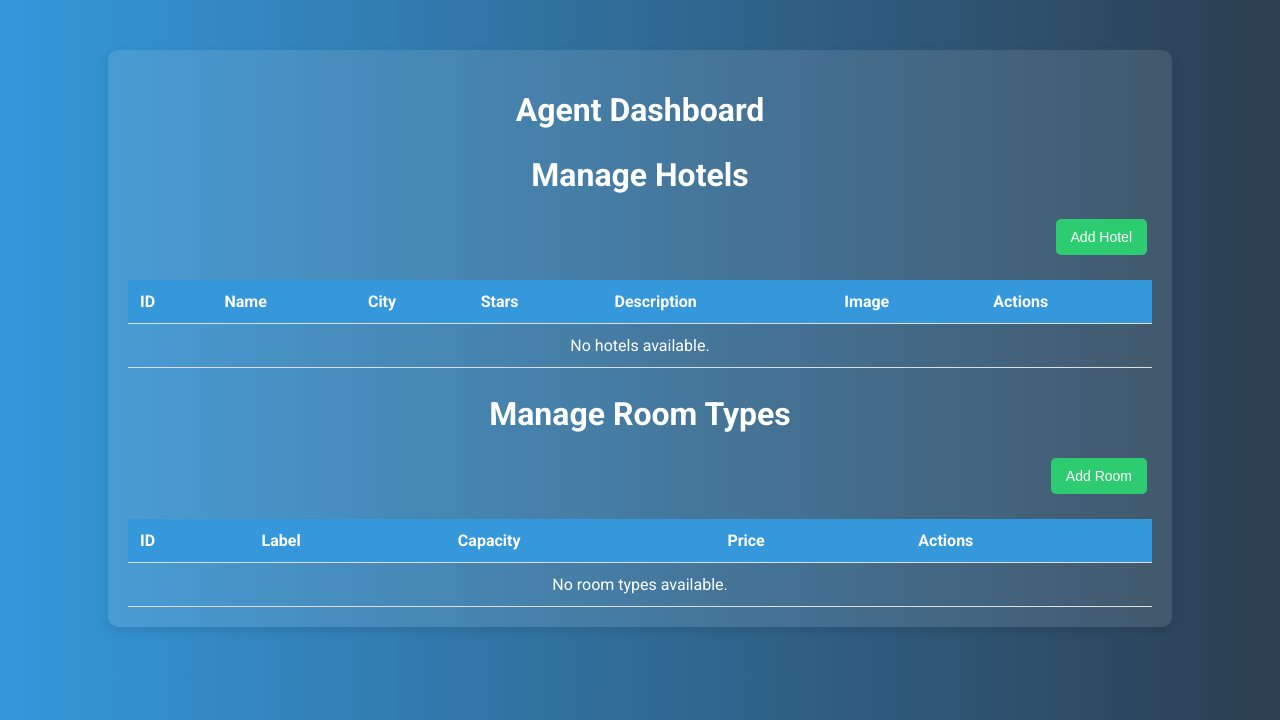
Repository: ToumiFourat/HotelManagementt
Page: http://localhost/Hotell/views/agent_dashboard.jsp
The author's editor kept a copy of each file at every save. The page is drawn from the files as they stood at one save, then again after the next save.
The browser window is 1280 px wide. The pictures show the whole page.
The page is served by Tomcat 10. The template is opened directly, without the code that normally fills it, so the values that code supplies are empty.

Above is the page before, as saved 2024-12-16 15:00:18.

After the next save:
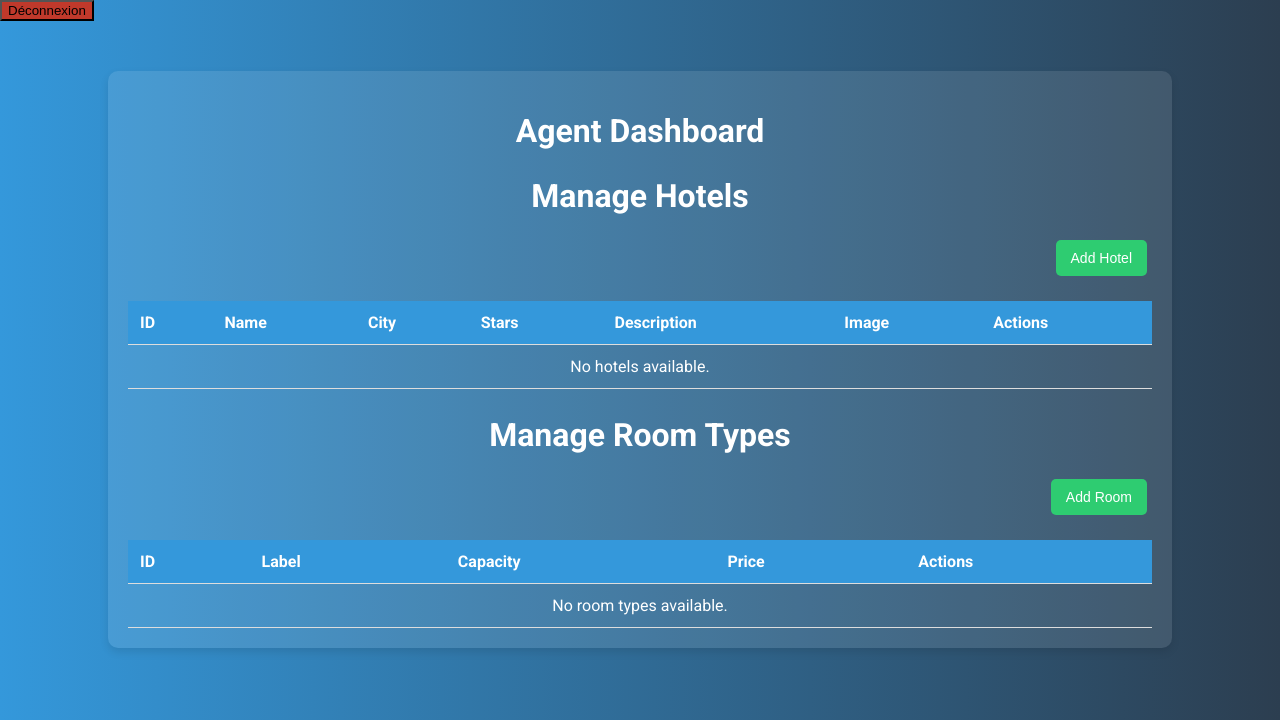
Saved 44 min 25 s later.
--- a/Hotell/src/main/webapp/views/agent_dashboard.jsp
+++ b/Hotell/src/main/webapp/views/agent_dashboard.jsp
@@ -160,11 +160,16 @@
 .hotel-image:hover {
     transform: scale(1.1); /* Agrandit légèrement l'image au survol */
 }
+.logout-btn:hover {
+            background-color: #c0392b;
+        }
     </style>
 
 
 </head>
 <body>
+<!-- Déconnexion button -->
+    <button class="logout-btn" onclick="window.location.href='views/login.jsp'">Déconnexion</button>
     <div class="container">
         <h1>Agent Dashboard</h1>
 
